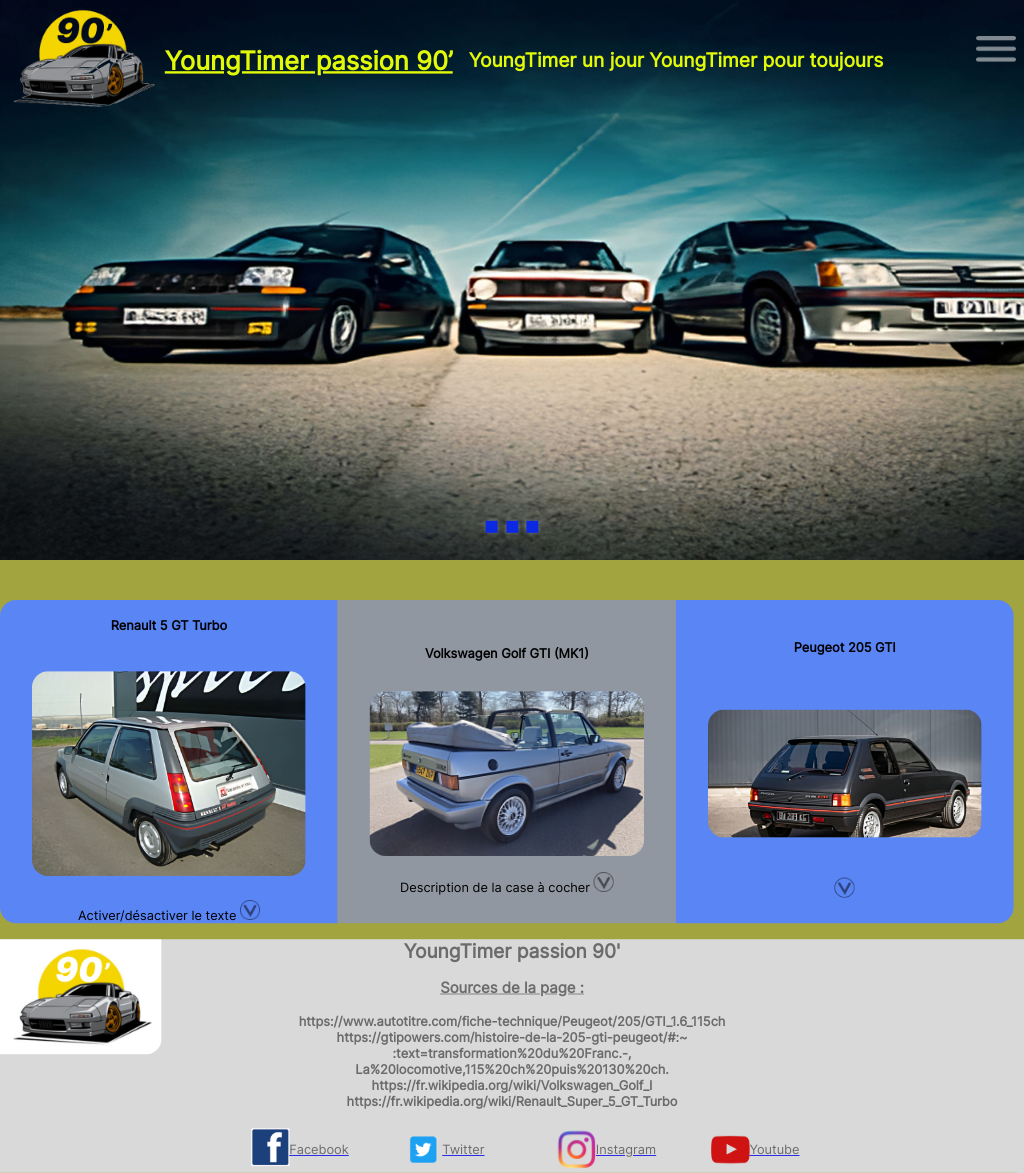
Repository: Zouz01/projetyoungtimer-90_
Page: index.html
An editor plug-in stored every save of this project. The page is shown before and after a run of saves, followed by the edit.
The browser window is 1280 px wide. The pictures show the whole page, at 80% of full size.

Above is the page before, as saved 2023-09-21 14:40:57.

After the next 4 saves:
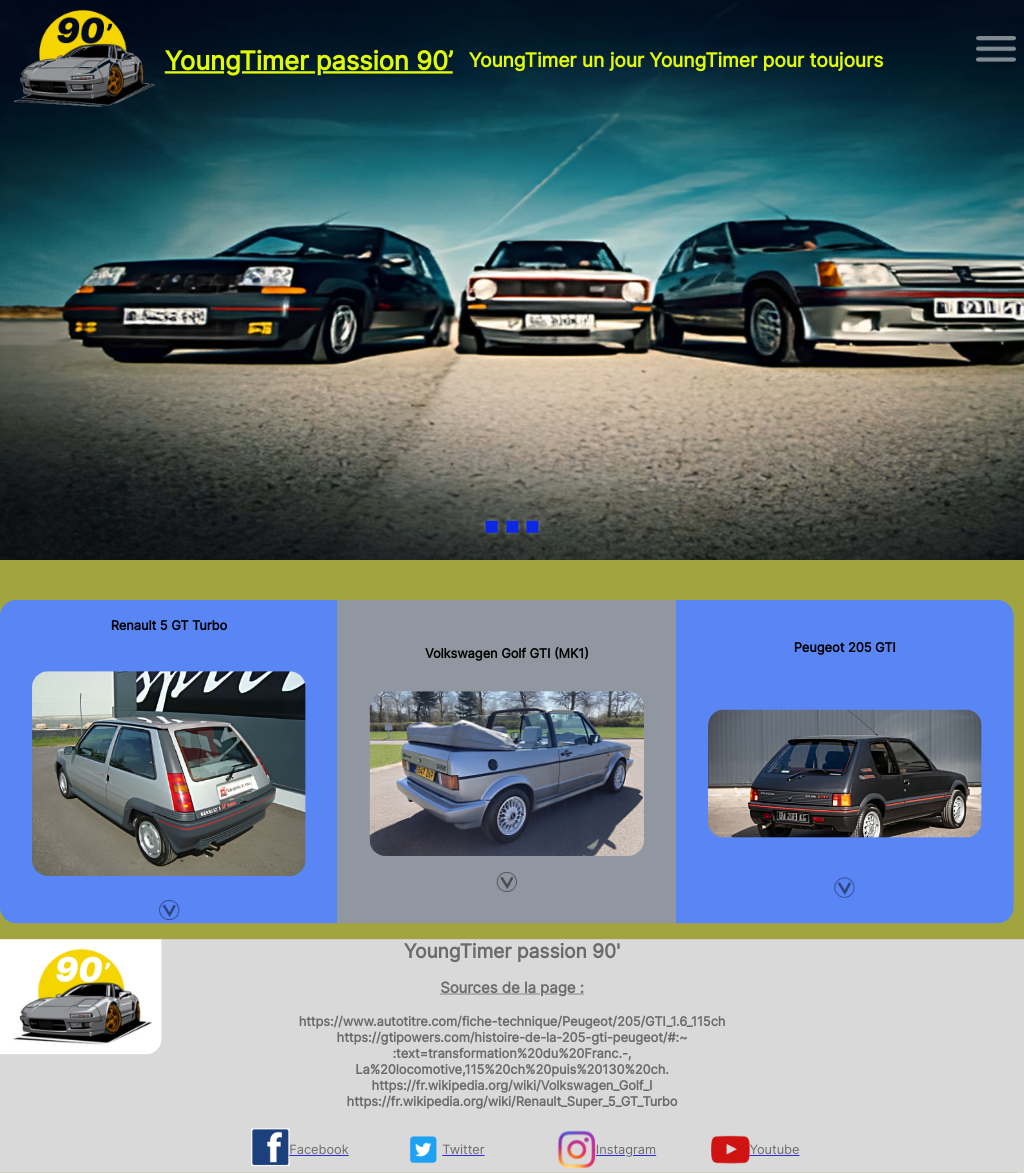
The 4 saves are shown as one change because they came seconds apart.
The last was saved 17 s later.
--- a/index.html
+++ b/index.html
@@ -77,10 +77,7 @@
                 <area alt="Informations techniques" title="Informations techniques" href="./HTML/index-page-gt-turbo.html" coords="72,77,778,625" shape="rect">
               </map>  </figure>
             <figcaption>
-                <label for="btn-text" title="Activer/désactiver le texte">Activer/désactiver le texte
-                    <input type="checkbox" id="btn-text" name="btn-text" class="btn-text">
-                </label>
-
+                <input type="checkbox" name="btn-text" class="btn-text">
                 <label for="btn-text" class="btn-text"><img src="./logo-commun/btn-vecteur-bleu.png" alt=""></label>
                 <p class="hide"><b>Années de production :</b>
                 1985 - 1991 </p>
@@ -103,9 +100,7 @@
                 <area alt="informations techniques" title="Informations techniques" href="./HTML/index-page-golf-GTI.html" coords="114,41,1109,611" shape="rect">
               </map></figure>
             <figcaption>
-                <label for="btn-text" title="Description de la case à cocher">Description de la case à cocher</label>
-                <input type="checkbox" id="btn-text" name="btn-text" class="btn-text">
-
+                <input type="checkbox" name="btn-text" class="btn-text">
                 <label for="btn-text" class="btn-text"><img src="./logo-commun/btn-vecteur-gris.png" alt=""></label>
                 <p class="hide"><b>Années de production : </b>
                 (berline) : 1974-1984
@@ -128,7 +123,7 @@
                 <area alt="Informations techniques" title="Informations techniques" href="./HTML/page-205-gti.html" coords="139,54,918,443" shape="rect">
               </map></figure>
             <figcaption>
-                <input type="checkbox" name="btn-text" class="btn-text" title="Description de la case à cocher">
+                <input type="checkbox" name="btn-text" class="btn-text">
                 <label for="btn-text" class="btn-text"><img src="./logo-commun/btn-vecteur-bleu.png" alt=""></label>
                 <p class="hide"><b>Années de production : </b>
                 1983-1999</p>
